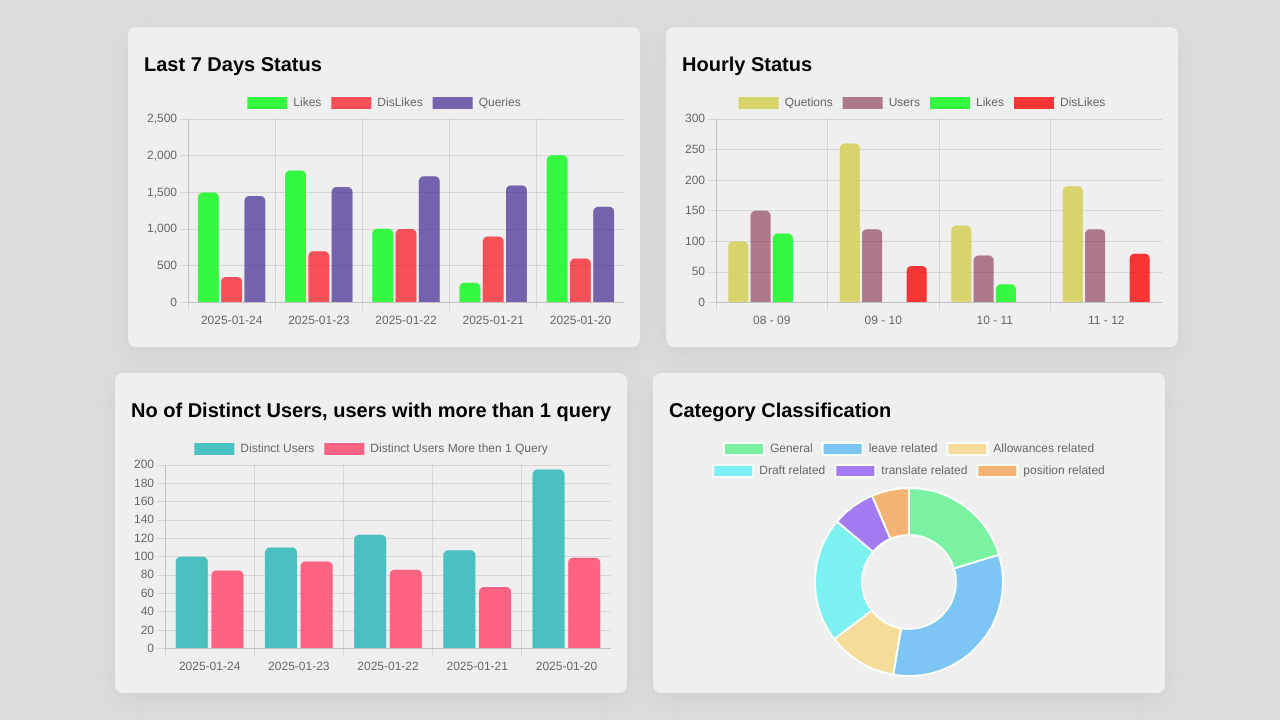
Repository: NAGARAJ-DEVELOPER/Dashboard
Page: /
An editor plug-in stored every save of this project. The page is shown before and after the next save, followed by the edit.
The browser window is 1280 px wide. The pictures show the whole page.
The project was rebuilt for these pictures with package versions that can differ from the ones it lists, and the page was loaded fresh each time. Also part of the build but not shown: vite.config.js.

Above is the page before, as saved 2025-02-05 08:07:21.

After the next save:
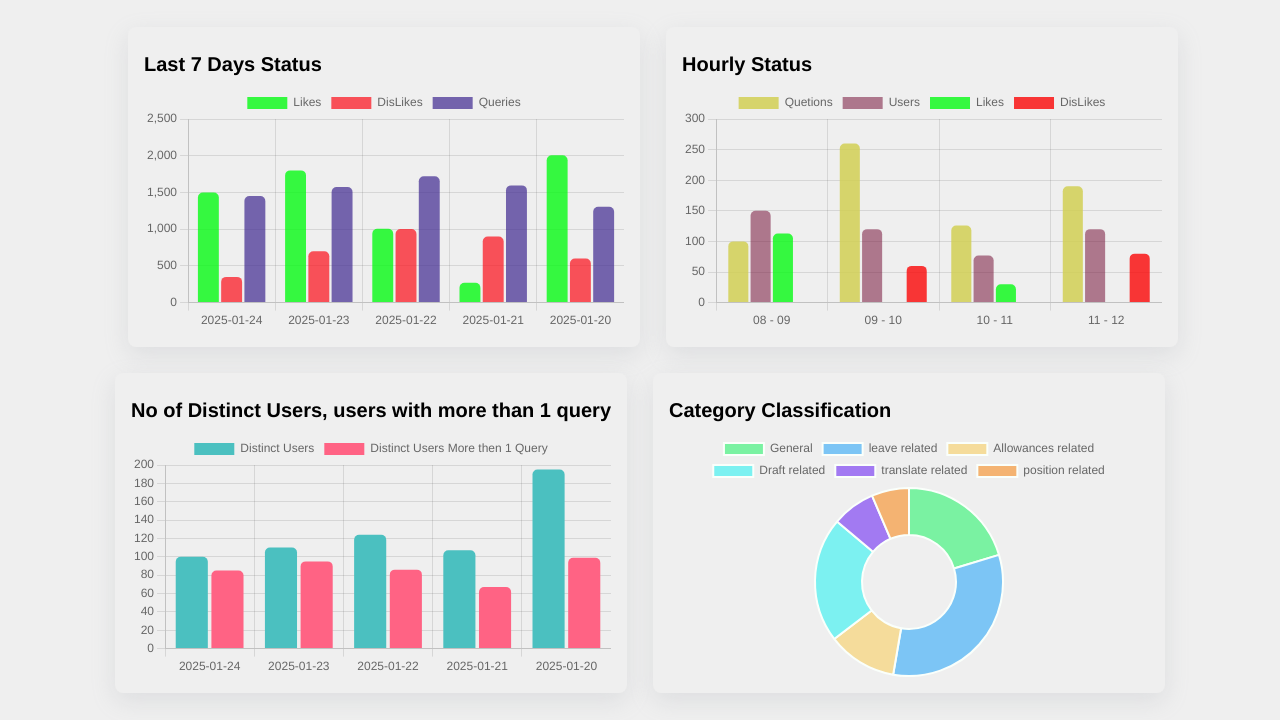
Saved 6 days later.
--- a/src/App.css
+++ b/src/App.css
@@ -8,7 +8,7 @@
   align-content: center;
   gap: 2vw;
   flex-wrap: wrap;
-  background-color: #ddd;
+  background-color: #efefef;
 }
 
 .dataCard {
